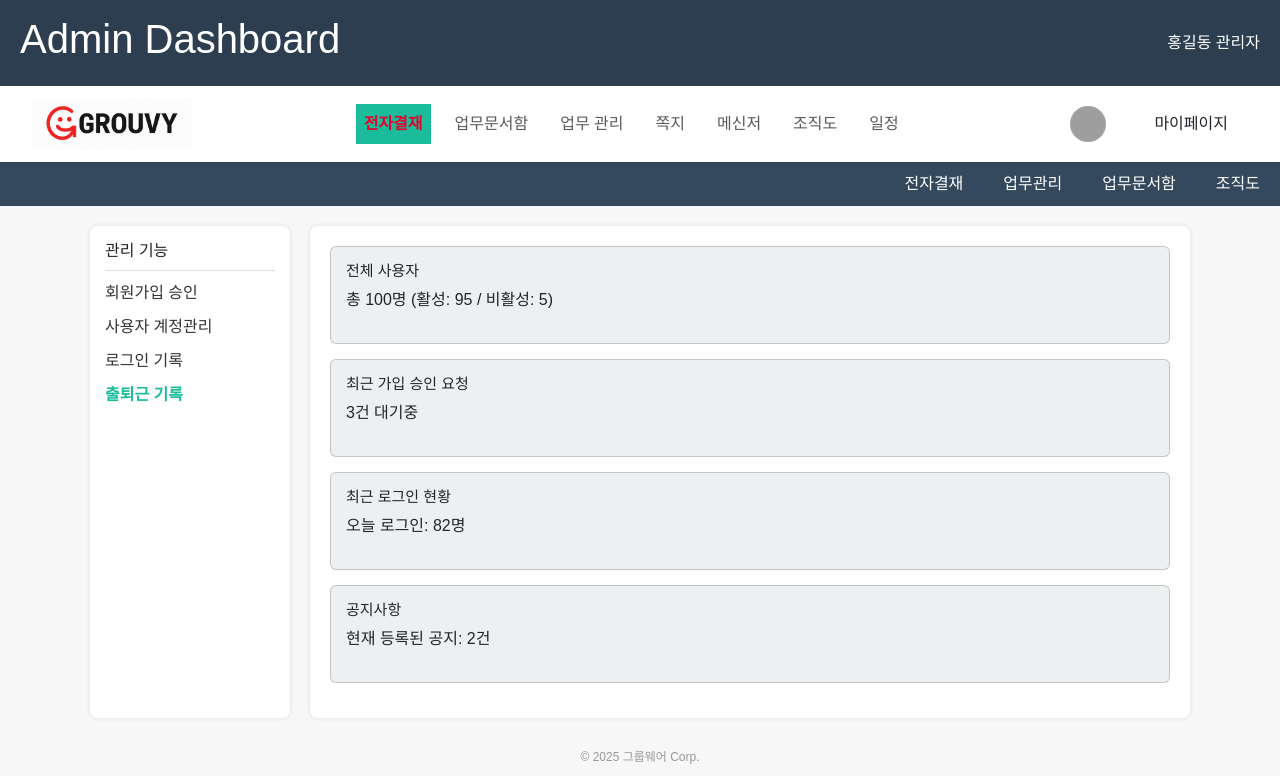
Repository: hyunbin7664/web-java-workspace
Page: groupware/src/main/webapp/admin_dashboard.html
These files come from the project's save history. The page is drawn as it stood at one moment and after the next save; the edit follows.
The browser window is 1280 px wide. The pictures show the whole page.
Pictures or frames that could not be fetched are drawn as grey boxes.

Above is the page before, as saved 2025-07-08 02:13:57.

### groupware/src/main/webapp/admin_dashboard.html
<!DOCTYPE html>
<html lang="ko">
<head>
<meta charset="UTF-8">
<title>Admin Dashboard</title>
<link
	href="https://cdn.jsdelivr.net/npm/bootstrap@5.3.2/dist/css/bootstrap.min.css"
	rel="stylesheet">
<style>
body {
	background-color: #f7f7f7;
	font-family: Arial, sans-serif;
	margin: 0;
}

header {
	background-color: #2c3e50;
	color: white;
	padding: 15px 20px;
	display: flex;
	justify-content: space-between;
	align-items: center;
}

nav {
	display: flex;
	justify-content: flex-end;
	background-color: #34495e;
}

nav a {
	padding: 10px 20px;
	color: white;
	text-decoration: none;
	display: inline-block;
}

nav a:hover, nav a.active {
	background-color: #1abc9c;
}

.navbar-brand {
	color: #e6002d !important;
	font-size: 1.5rem;
}

.nav-item {
	padding-right: 1rem;
}

.navbar-nav .nav-link.active {
	font-weight: bold;
	color: #e6002d !important;
}

.logo-img {
	width: 160px;
	height: 50px;
	object-fit: cover;
	object-position: center;
}

.navbar .container-fluid {
	padding-right: 2rem;
}

.container {
	display: flex;
	padding: 20px;
}

.sidebar {
	width: 200px;
	background-color: white;
	border-radius: 8px;
	padding: 15px;
	margin-right: 20px;
	box-shadow: 0 0 5px rgba(0, 0, 0, 0.1);
}

.sidebar h3 {
	margin-top: 0;
	font-size: 16px;
	border-bottom: 1px solid #ddd;
	padding-bottom: 10px;
}

.sidebar ul {
	list-style: none;
	padding: 0;
}

.sidebar ul li {
	margin: 10px 0;
}

.sidebar ul li a {
	color: #333;
	text-decoration: none;
}

.sidebar ul li a.active, .sidebar ul li a:hover {
	color: #1abc9c;
	font-weight: bold;
}

.main-content {
	flex: 1;
	background-color: white;
	border-radius: 8px;
	padding: 20px;
	box-shadow: 0 0 5px rgba(0, 0, 0, 0.1);
}

.card {
	background-color: #ecf0f1;
	padding: 15px;
	border-radius: 6px;
	margin-bottom: 15px;
}

.card h4 {
	margin-top: 0;
	font-size: 15px;
}

footer {
	text-align: center;
	padding: 10px;
	font-size: 12px;
	color: #999;
}
</style>
</head>
<body>
	<header>
		<h1>
			<a href="admin_dashboard.html" style="text-decoration: none; color: inherit;">Admin Dashboard</a>
		</h1>
		<div>홍길동 관리자</div>
	</header>
	<nav class="navbar navbar-expand-lg navbar-light bg-white shadow-sm">
		<div class="container-fluid">
			<a class="navbar-brand d-flex align-items-center" href="index.html">
				<span class="logo-crop">
					<img src="grouvy_logo.jpg" alt="GROUVY 로고" class="logo-img">
				</span>
			</a>
			<ul class="navbar-nav mb-2 mb-lg-0">
				<li class="nav-item"><a class="nav-link active" href="#">전자결재</a></li>
				<!-- 커서 active-->
				<li class="nav-item"><a class="nav-link" href="#">업무문서함</a></li>
				<li class="nav-item"><a class="nav-link" href="#">업무 관리</a></li>
				<li class="nav-item"><a class="nav-link" href="#">쪽지</a></li>
				<li class="nav-item"><a class="nav-link" href="#">메신저</a></li>
				<li class="nav-item"><a class="nav-link" href="#">조직도</a></li>
				<li class="nav-item"><a class="nav-link" href="#">일정</a></li>
			</ul>
			<div class="d-flex align-items-center">
				<a href="mypage.html" >
					<img src="https://search.pstatic.net/sunny/?src=https%3A%2F%2Fs3.orbi.kr%2Fdata%2Ffile%2Funited2%2F6cc64e06aa404ac3a176745b9c1d5bfa.jpeg&type=sc960_832"
							alt="프로필" class="rounded-circle" width="36" height="36">
				</a>
				<a href="mypage.html" class="ms-2 text-decoration-none text-dark">마이페이지</a>
			</div>
		</div>
	</nav>
	<nav>
		<a href="#">전자결재</a>
		<a href="#">업무관리</a>
		<a href="#">업무문서함</a>
		<a href="#">조직도</a>
	</nav>
	<div class="container">
		<div class="sidebar">
			<h3>관리 기능</h3>
			<ul>
				<li><a href="admin_employee_approval.html">회원가입 승인</a> </li>
				<li><a href="admin_user_list.html">사용자 계정관리</a> </li>
				<li><a href="admin_login_log.html">로그인 기록</a> </li>
				<li><a href="admin_attendance_log.html" class="active">출퇴근 기록</a></li>
			</ul>
		</div>

		<div class="main-content">
			<div class="card">
				<h4>전체 사용자</h4>
				<p>총 100명 (활성: 95 / 비활성: 5)</p>
			</div>

			<div class="card">
				<h4>최근 가입 승인 요청</h4>
				<p>3건 대기중</p>
			</div>

			<div class="card">
				<h4>최근 로그인 현황</h4>
				<p>오늘 로그인: 82명</p>
			</div>

			<div class="card">
				<h4>공지사항</h4>
				<p>현재 등록된 공지: 2건</p>
			</div>

		</div>
	</div>

	<footer> © 2025 그룹웨어 Corp. </footer>
</body>
</html>

After the next save:
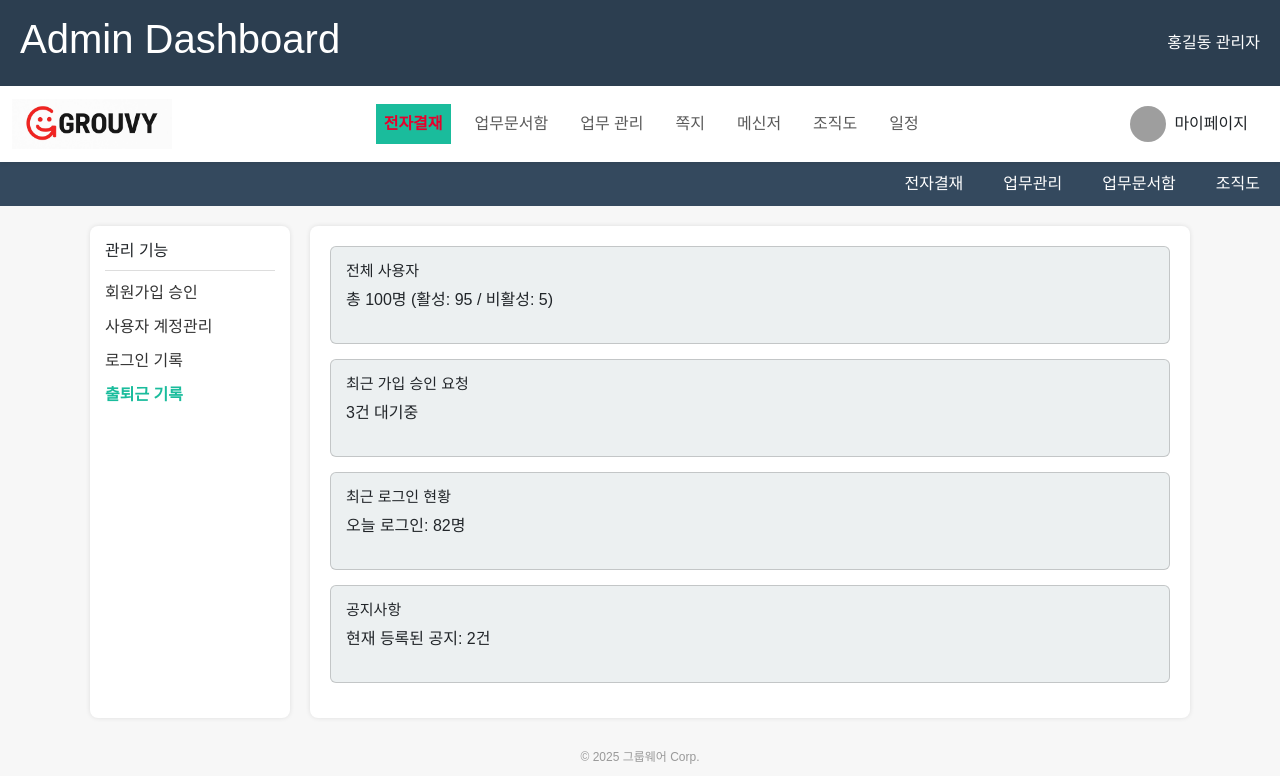
Saved 67 s later.
--- a/groupware/src/main/webapp/admin_dashboard.html
+++ b/groupware/src/main/webapp/admin_dashboard.html
@@ -22,20 +22,20 @@ header {
 	align-items: center;
 }
 
-nav {
+.navbarr {
 	display: flex;
 	justify-content: flex-end;
 	background-color: #34495e;
 }
 
-nav a {
+.navbarr a {
 	padding: 10px 20px;
 	color: white;
 	text-decoration: none;
 	display: inline-block;
 }
 
-nav a:hover, nav a.active {
+.navbarr a:hover, nav a.active {
 	background-color: #1abc9c;
 }
 
@@ -165,7 +165,7 @@ footer {
 			</div>
 		</div>
 	</nav>
-	<nav>
+	<nav class="navbarr">
 		<a href="#">전자결재</a>
 		<a href="#">업무관리</a>
 		<a href="#">업무문서함</a>
